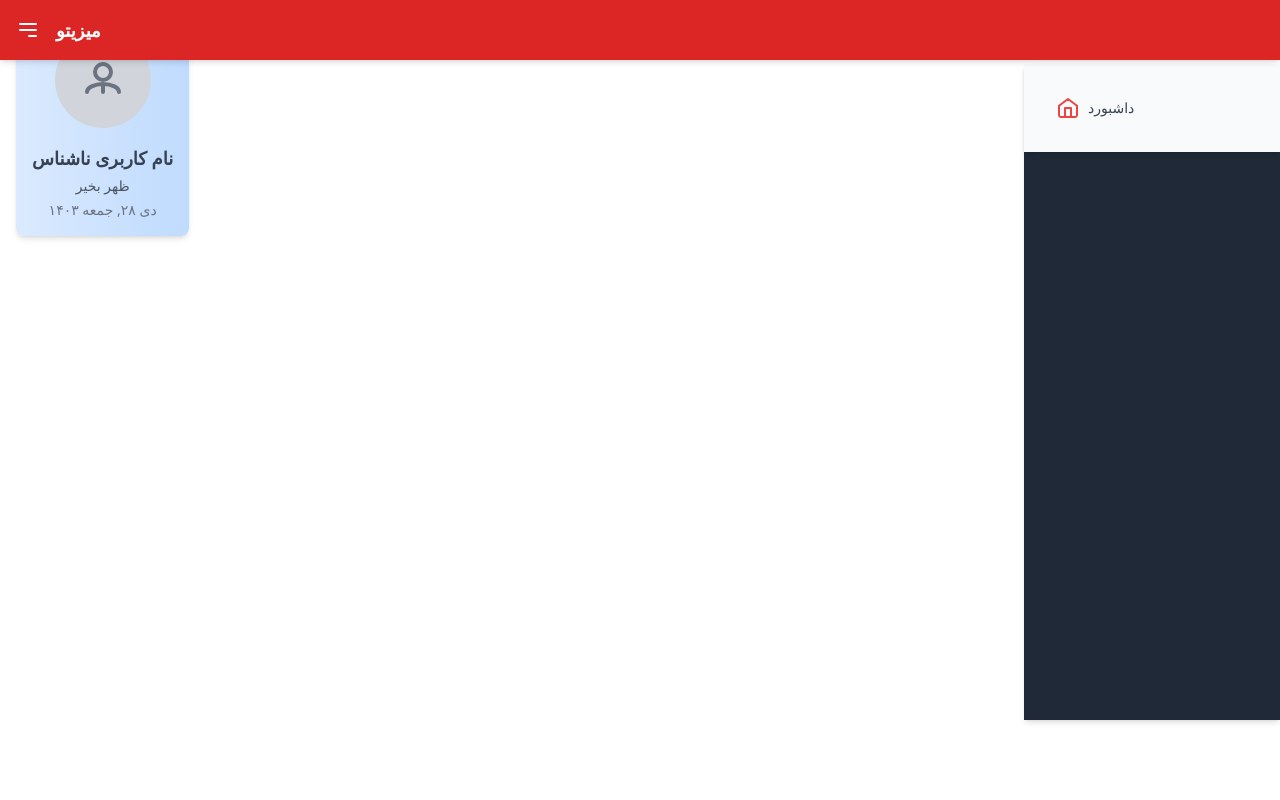
Repository: spnovaa/work-hive
Page: / (app in front_end/)
An editor plug-in stored every save of this project. The page is shown before and after the next save, followed by the edit.
The browser window is 1280 px wide. The pictures show the whole page.
The page's requests for data from a server got no answer. The project was rebuilt for these pictures with package versions that can differ from the ones it lists, and the page was loaded fresh each time. No one was signed in, and anything a server would have sent is missing. Also part of the build but not shown: front_end/src/api/auth.js, front_end/src/components/loadingSpinner.jsx, front_end/src/pages/login.jsx, front_end/src/pages/registration.jsx, front_end/src/common/axiosInstance.js, front_end/src/components/profile/profileSettingsModal.jsx, front_end/src/components/profile/dropdown.jsx, front_end/src/components/project/projectCardComponent.jsx and 10 more.

Above is the page before, as saved 2025-01-18 13:41:18.

### front_end/src/index.js
import React from 'react';
import ReactDOM from 'react-dom/client'; // Import from 'react-dom/client' for React 18+
import './styles/globals.css';
import App from './App';

// Create a root element for rendering the React application
const root = ReactDOM.createRoot(document.getElementById('root'));

// Use the new `render` method for React 18+
root.render(
  <React.StrictMode>
    <App />
  </React.StrictMode>
);

### front_end/src/App.jsx
import React, { useState } from 'react';
import { BrowserRouter as Router, Routes, Route } from 'react-router-dom';
import Login from './pages/login';
import Registration from './pages/registration';
import Home from './pages/home';
import ProjectsDashboard from './components/project/projectDashboard.jsx';
import ProjectDetails from './components/project/projectDetails.jsx';
import NewProject from './components/project/newProject.jsx';
import DashboardSidebar from './components/dashboardSidebar';
import TaskPage from './components/task/taskPage.jsx';
import TeamList from './components/team/teamList.jsx';
import TopBar from './components/topBar.jsx';

function App() {
  const [sidebarVisible, setSidebarVisible] = useState(true);

  const toggleSidebar = () => {
    setSidebarVisible((prev) => !prev);
  };

  return (
    <Router>
      <div className="flex flex-col h-screen">
        <div className="w-full bg-red-600 shadow-md fixed top-0 z-20">
          <TopBar toggleSidebar={toggleSidebar} />
        </div>

        <div className="flex flex-grow">
          {sidebarVisible && (
            <div className="w-64 bg-gray-800 fixed top-16 bottom-0 right-0 z-10 shadow-md">
              <DashboardSidebar />
            </div>
          )}
          <div
            className={`flex-grow ${
              sidebarVisible ? 'pr-64' : ''
            } pt-16 p-4 transition-all duration-300`}
          >
            <Routes>
              <Route path="/login" element={<Login />} />
              <Route path="/register" element={<Registration />} />
              <Route path="/" element={<Home />} />
              <Route path="/projects" element={<ProjectsDashboard />} />
              <Route path="/projects/new" element={<NewProject />} />
              <Route path="/projects/:projectId" element={<ProjectDetails />} />
              <Route path="/tasks" element={<TaskPage />} />
              <Route path="/teams" element={<TeamList />} />
            </Routes>
          </div>
        </div>
      </div>
    </Router>
  );
}

export default App;

### front_end/src/pages/home.jsx
import React, { useState } from 'react';
import ProfileSection from '../components/profile/profileSection';
import { useLocation } from 'react-router-dom';
import DashboardSidebar from '../components/dashboardSidebar';
import  ProfileSettingsModal  from '../components/profile/profileSettingsModal.jsx'
function Home() {
  const [isModalOpen, setIsModalOpen] = useState(false);

    const openModal = () => {
        setIsModalOpen(true);
    };

    const closeModal = () => {
        setIsModalOpen(false);
    };
  const location = useLocation();
  const name = location.state?.name || "نام کاربری ناشناس";
  const [background, setBackground] = useState('bg-white');
  const handleBackgroundChange = (bg) => {
    setBackground(bg);
  };
  const getCurrentDate = () => {
    const options = { weekday: 'long', year: 'numeric', month: 'long', day: 'numeric' };
    return new Date().toLocaleDateString('fa-IR', options);
  };
  return (
    <div className={`h-screen ${background} p-4`}>
      <div className="absolute top-4 left-4">
        <ProfileSection
          name={name}
          greeting="ظهر بخیر"
          date={getCurrentDate()}
          onBackgroundChange={handleBackgroundChange}
          onSettingsClick={openModal}
        />
      </div>
      <ProfileSettingsModal show={isModalOpen} onClose={closeModal} />
    </div>
  );
}

export default Home;

### front_end/src/components/dashboardSidebar.jsx
import React from 'react';
import { useNavigate } from 'react-router-dom';

function SidebarItem({ icon, label, notificationCount, onClick }) {
    return (
        <div
            className="className=flex items-center justify-start flex-row-reverse p-4 cursor-pointer hover:bg-gray-100"
            onClick={onClick}
        >
            <div className="flex items-center">
                <span className="text-lg text-gray-700 mr-2">{icon}</span>
                <span className="text-gray-700 text-sm font-medium">{label}</span>
            </div>
            {notificationCount > 0 && (
                <span className="bg-red-500 text-white text-xs font-bold rounded-full px-2 py-1">
                    {notificationCount}
                </span>
            )}
        </div>
    );
}

function DashboardSidebar() {
    const navigate = useNavigate();

    const handleNavigation = (path) => {
      navigate(path);
    };

    return (
      <div className="w-64 bg-gray-50 text-white shadow-md p-4">
        <SidebarItem
          icon={
            <svg
              xmlns="http://www.w3.org/2000/svg"
              className="h-6 w-6 text-red-500"
              fill="none"
              viewBox="0 0 24 24"
              stroke="currentColor"
            >
              <path
                strokeLinecap="round"
                strokeLinejoin="round"
                strokeWidth="2"
                d="M3 9.75L12 3l9 6.75v9.75A2.25 2.25 0 0118.75 21H5.25A2.25 2.25 0 013 19.5V9.75z"
              />
              <path
                strokeLinecap="round"
                strokeLinejoin="round"
                strokeWidth="2"
                d="M9 21V12h6v9"
              />
            </svg>
          }
          label="داشبورد"
          onClick={() => handleNavigation('/')}
        />
      </div>
    );
  }

  export default DashboardSidebar;

### front_end/src/components/topBar.jsx
import React from 'react';

function TopBar({ toggleSidebar }) {
  return (
    <div className="flex items-center justify-between p-4">
      <div className="flex items-center">
        <button
          onClick={toggleSidebar}
          className="mr-4 cursor-pointer text-white"
        >
          <svg
            xmlns="http://www.w3.org/2000/svg"
            className="h-6 w-6"
            fill="none"
            viewBox="0 0 24 24"
            stroke="currentColor"
          >
            <path
              strokeLinecap="round"
              strokeLinejoin="round"
              strokeWidth="2"
              d="M4 6h16M4 12h16m-7 6h7"
            />
          </svg>
        </button>
        <div className="text-white text-lg font-bold">میزیتو</div>
      </div>
    </div>
  );
}

export default TopBar;

### front_end/src/components/profile/profileSection.jsx
import React, { useState, useEffect, useRef } from 'react';
import ProfileDropdown from './dropdown.jsx';

const ProfileSection = ({ name, greeting, date, onBackgroundChange ,onSettingsClick}) => {
  const [isDropdownOpen, setIsDropdownOpen] = useState(false);
  const dropdownRef = useRef(null);

  const toggleDropdown = () => {
    setIsDropdownOpen((prev) => !prev);
  };

  useEffect(() => {
    const handleClickOutside = (event) => {
      if (dropdownRef.current && !dropdownRef.current.contains(event.target)) {
        setIsDropdownOpen(false);
      }
    };

    document.addEventListener('mousedown', handleClickOutside);
    return () => {
      document.removeEventListener('mousedown', handleClickOutside);
    };
  }, []);

  return (
    <div className="relative">
  <div
    className={`relative z-0 p-4 bg-gradient-to-r from-blue-100 to-blue-200 rounded-lg shadow-md max-w-xs cursor-pointer ${
      isDropdownOpen ? 'hidden' : ''
    }`}
    onClick={toggleDropdown}
  >
    <div className="flex flex-col items-center">
      <div className="bg-gray-300 w-24 h-24 rounded-full flex items-center justify-center mb-4">
        <svg
          xmlns="http://www.w3.org/2000/svg"
          className="h-12 w-12 text-gray-500"
          fill="none"
          viewBox="0 0 24 24"
          stroke="currentColor"
        >
          <path
            strokeLinecap="round"
            strokeLinejoin="round"
            strokeWidth="2"
            d="M12 12c2.21 0 4-1.79 4-4s-1.79-4-4-4-4 1.79-4 4 1.79 4 4 4zM12 14c-4.418 0-8 1.79-8 4m8-4c4.418 0 8 1.79 8 4m-8-4v4"
          />
        </svg>
      </div>
      <h2 className="text-lg font-semibold text-gray-700">{name}</h2>
      <p className="text-sm text-gray-600 mt-1">{greeting}</p>
      <p className="text-sm text-gray-500 mt-1">{date}</p>
    </div>
  </div>

  {isDropdownOpen && (
    <div
      ref={dropdownRef}
      className="absolute top-0 left-0  bg-white rounded-lg shadow-lg p-4 w-full"
    >
      <ProfileDropdown onBackgroundChange={onBackgroundChange} onSettingsClick={onSettingsClick} />
    </div>
  )}
</div>

  );
};

export default ProfileSection;

Loaded but not shown: front_end/public/index.html (common file); front_end/src/styles/globals.css (common file); front_end/tailwind.config.js (common file)

After the next save:
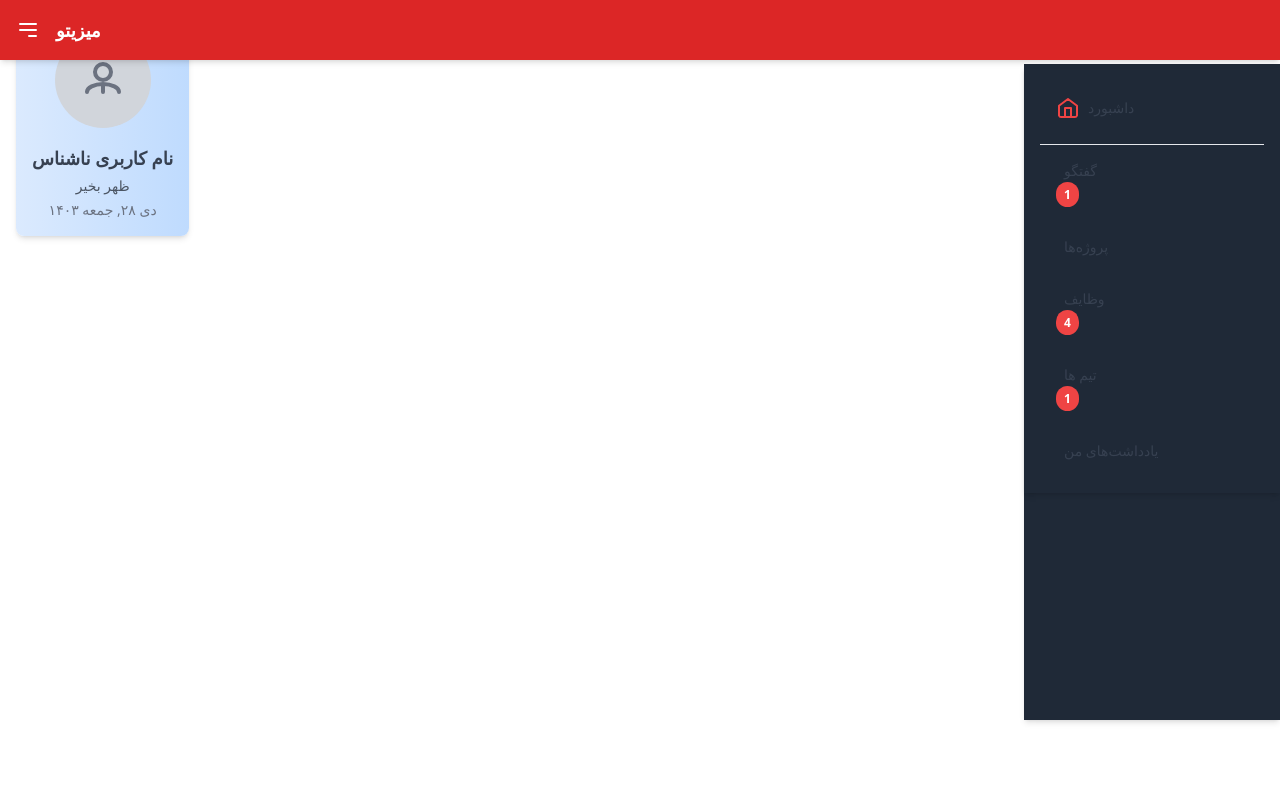
Saved 12 s later.
--- a/front_end/src/components/dashboardSidebar.jsx
+++ b/front_end/src/components/dashboardSidebar.jsx
@@ -24,39 +24,70 @@ function DashboardSidebar() {
     const navigate = useNavigate();
 
     const handleNavigation = (path) => {
-      navigate(path);
+        navigate(path);
     };
 
     return (
-      <div className="w-64 bg-gray-50 text-white shadow-md p-4">
-        <SidebarItem
-          icon={
-            <svg
-              xmlns="http://www.w3.org/2000/svg"
-              className="h-6 w-6 text-red-500"
-              fill="none"
-              viewBox="0 0 24 24"
-              stroke="currentColor"
-            >
-              <path
-                strokeLinecap="round"
-                strokeLinejoin="round"
-                strokeWidth="2"
-                d="M3 9.75L12 3l9 6.75v9.75A2.25 2.25 0 0118.75 21H5.25A2.25 2.25 0 013 19.5V9.75z"
-              />
-              <path
-                strokeLinecap="round"
-                strokeLinejoin="round"
-                strokeWidth="2"
-                d="M9 21V12h6v9"
-              />
-            </svg>
-          }
-          label="داشبورد"
-          onClick={() => handleNavigation('/')}
-        />
-      </div>
+        <div className="w-64 bg-gray-800 text-white shadow-md p-4">
+            <SidebarItem
+                icon={
+                    <svg
+                        xmlns="http://www.w3.org/2000/svg"
+                        className="h-6 w-6 text-red-500"
+                        fill="none"
+                        viewBox="0 0 24 24"
+                        stroke="currentColor"
+                    >
+                        <path
+                            strokeLinecap="round"
+                            strokeLinejoin="round"
+                            strokeWidth="2"
+                            d="M3 9.75L12 3l9 6.75v9.75A2.25 2.25 0 0118.75 21H5.25A2.25 2.25 0 013 19.5V9.75z"
+                        />
+                        <path
+                            strokeLinecap="round"
+                            strokeLinejoin="round"
+                            strokeWidth="2"
+                            d="M9 21V12h6v9"
+                        />
+                    </svg>
+                }
+                label="داشبورد"
+                onClick={() => handleNavigation('/')}
+            />
+            <hr className="w-full border-gray-200 mt-2" />
+            <SidebarItem
+                icon={<i className="fas fa-comments" />}
+                label="گفتگو"
+                notificationCount={1}
+                onClick={() => handleNavigation('/conversations')}
+            />
+            <SidebarItem
+                icon={<i className="fas fa-folder-open" />}
+                label="پروژه‌ها"
+                notificationCount={0}
+                onClick={() => handleNavigation('/projects')}
+            />
+            <SidebarItem
+                icon={<i className="fas fa-tasks" />}
+                label="وظایف"
+                notificationCount={4}
+                onClick={() => handleNavigation('/tasks')}
+            />
+            <SidebarItem
+                icon={<i className="fas fa-envelope" />}
+                label="تیم ها"
+                notificationCount={1}
+                onClick={() => handleNavigation('/teams')}
+            />
+            <SidebarItem
+                icon={<i className="fas fa-sticky-note" />}
+                label="یادداشت‌های من"
+                notificationCount={0}
+                onClick={() => handleNavigation('/notes')}
+            />
+        </div>
     );
-  }
+}
 
-  export default DashboardSidebar;
+export default DashboardSidebar;
